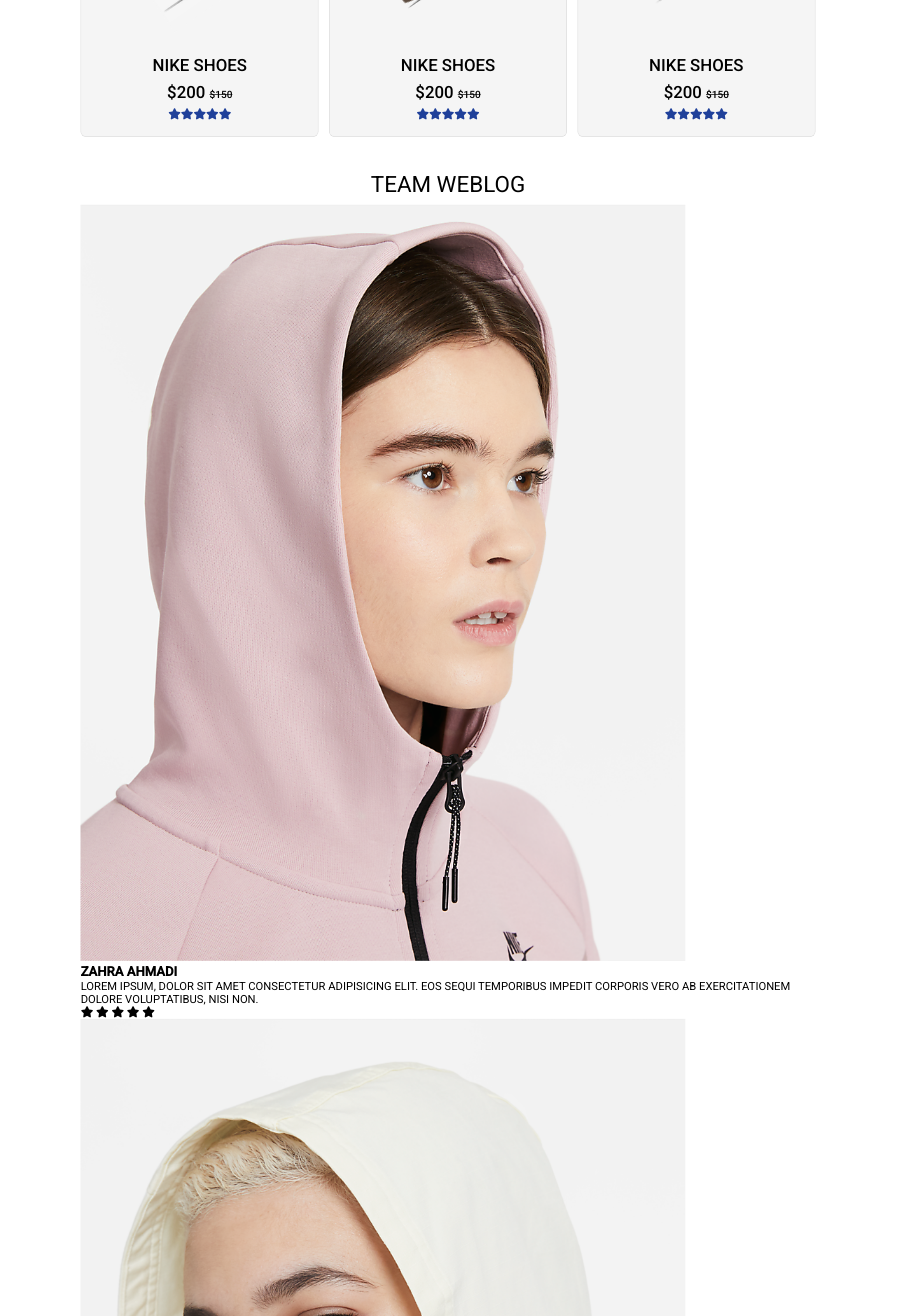
Repository: levananh202ht/Shoes-Store
Page: FondEnd/Styles/index.html
An editor plug-in stored every save of this project. The page is shown before and after the next save, followed by the edit.
The browser window is 1280 px wide. The page is 1293 px wide, so the pictures cover 1293 px, including what lies to the right of the window. The pictures show the part of the page from y = 1542 to 3422 px (the page is 5342 px tall before and 5338 px after), at 70% of full size.

Above is the page before, as saved 2023-12-25 00:57:10.

After the next save:
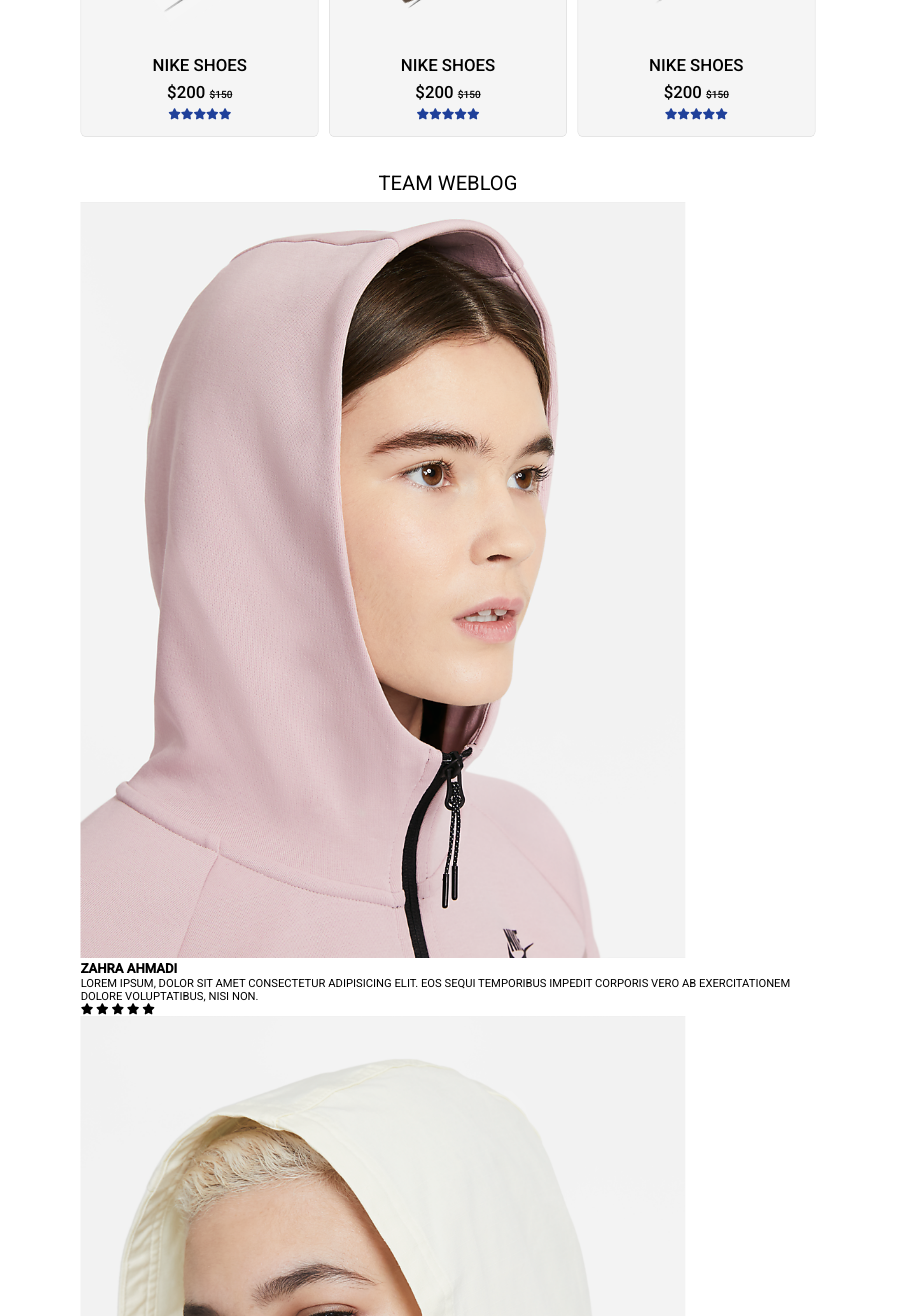
Saved 68 s later.
--- a/FondEnd/css/index.css
+++ b/FondEnd/css/index.css
@@ -226,7 +226,7 @@
 }
 .container .container_blog .container_blog-heading {
     padding: 0.63rem;
-    font-size: 2rem;
+    font-size: 28.8px;
     text-align: center;
 }
 .container .container_blog .container_blog-list{
